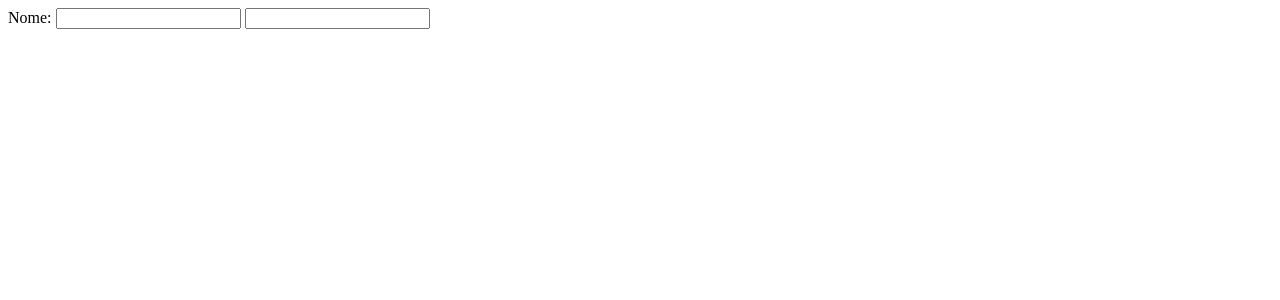
Repository: Carolden/SiteCrie_Ti
Page: form.html
The author's editor kept a copy of each file at every save. The page is drawn from the files as they stood at one save, then again after the next save.
The browser window is 1280 px wide. The pictures show the whole page.

Above is the page before, as saved 2023-04-25 22:10:24.

### form.html
<!DOCTYPE html>
<html lang="pt-BR">
<head>
    <meta charset="UTF-8">
    <meta http-equiv="X-UA-Compatible" content="IE=edge">
    <meta name="viewport" content="width=device-width, initial-scale=1.0">
    <title>Document</title>
</head>
<body>
    <!-- se input não for especificado, o padrão é text -->



    <label for="Nome">Nome:</label>
    <input id="Nome" type="text">




    <input type="number">









</body>
</html>

After the next save:
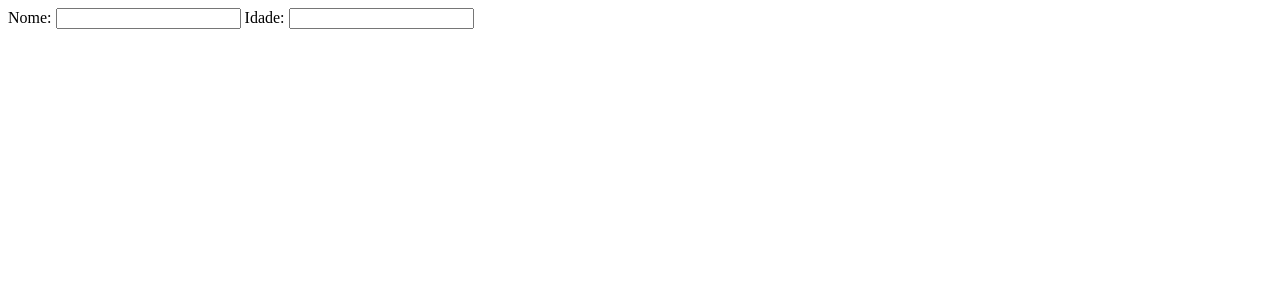
Saved 19 s later.
--- a/form.html
+++ b/form.html
@@ -16,7 +16,7 @@
 
 
 
-
+    <label for="Idade">Idade:</label>
     <input type="number">
 
 
